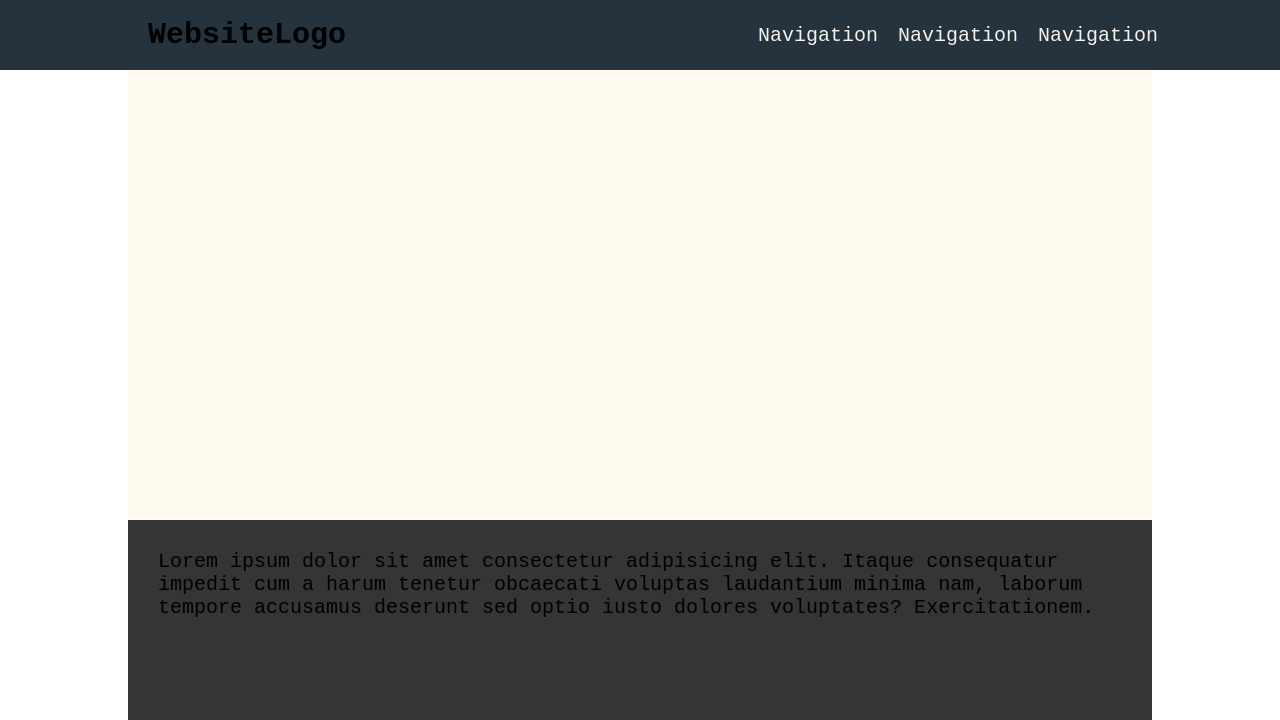
Repository: piotrokrutniak/Projekt-Studia
Page: index.html
The author's editor kept a copy of each file at every save. The page is drawn from the files as they stood at one save, then again after the next save.
The browser window is 1280 px wide. The pictures show the whole page.

Above is the page before, as saved 2023-03-04 13:34:39.

After the next save:
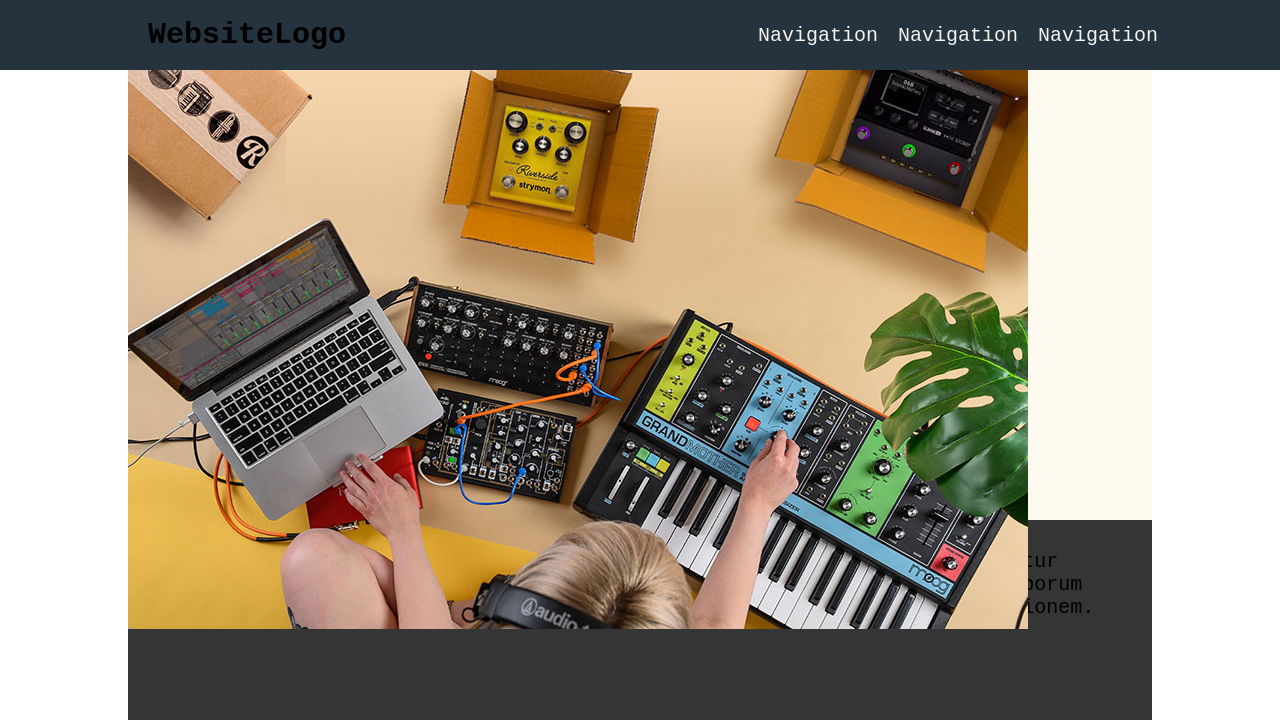
Saved 3 min 33 s later.
--- a/index.html
+++ b/index.html
@@ -37,7 +37,7 @@
 
     <div class="main-section">
         <div class="carousel-section">
-
+            <img src="/Img/Hero-1.jpg" alt="MIDI controller on a table">
         </div>
         <div class="text-section">
         Lorem ipsum dolor sit amet consectetur adipisicing elit. Itaque consequatur impedit cum a harum tenetur obcaecati voluptas laudantium minima nam, laborum tempore accusamus deserunt sed optio iusto dolores voluptates? Exercitationem.
